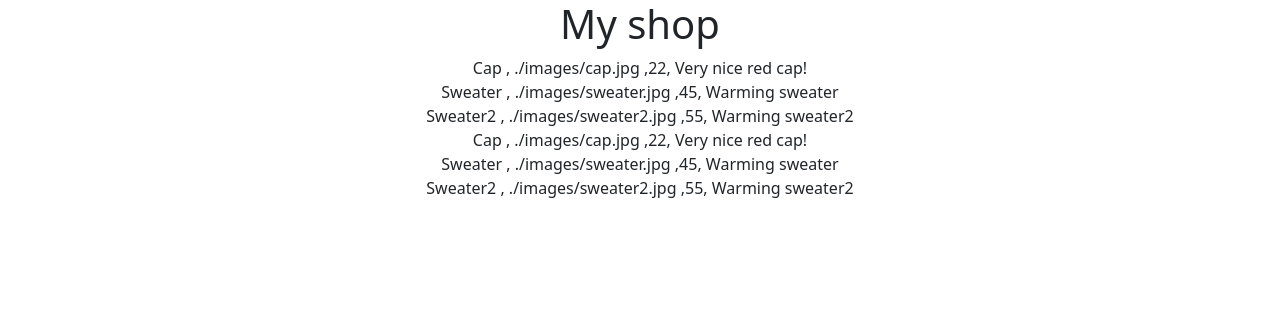
Repository: hana-task/react-task
Page: /
The author's editor kept a copy of each file at every save. The page is drawn from the files as they stood at one save, then again after the next save.
The browser window is 1280 px wide. The pictures show the whole page.
The project was rebuilt for these pictures with package versions that can differ from the ones it lists, and the page was loaded fresh each time.

Above is the page before, as saved 2021-11-02 11:49:56.

### src/App.js
import React from "react";
import './App.css';
import  Shop  from "./Shop";

function App() {
  return (
    <div className="App">
      <Shop />

    </div>
  );
}

export default App;

### src/Shop.js
import React from "react";
//import { ProductsJson } from "./Data";


class Shop extends React.Component {
    render() {
        const ProductsJson = {
            "products": [
                {
                    "name": "Cap",
                    "image": './images/cap.jpg',
                    "price": "22",
                    "description": "Very nice red cap!",
                },
                {
                    "name": "Sweater",
                    "image": './images/sweater.jpg',
                    "price": "45",
                    "description": "Warming sweater",
                },
                {
                    "name": "Sweater2",
                    "image": './images/sweater2.jpg',
                    "price": "55",
                    "description": "Warming sweater2",
                },
                {
                    "name": "Cap",
                    "image": './images/cap.jpg',
                    "price": "22",
                    "description": "Very nice red cap!",
                },
                {
                    "name": "Sweater",
                    "image": './images/sweater.jpg',
                    "price": "45",
                    "description": "Warming sweater",
                },
                {
                    "name": "Sweater2",
                    "image": './images/sweater2.jpg',
                    "price": "55",
                    "description": "Warming sweater2",
                },
            ]
        };
        var stringified = JSON.stringify(ProductsJson);
        const Products = JSON.parse(stringified);
        console.log(Products);
        return (
            <div className="my-shop">
                <h1>My shop</h1>
                <div className="container">

                    {Products.products.map((data, key) => {
                        return (
                            <div key={key}>
                                {data.name +
                                    " , " +
                                    data.image +
                                    " ," +
                                    data.price +
                                    ", " +
                                    data.description}
                            </div>
                        );
                    })}
</div>
            </div>
        );
    }
}
export default Shop;

Loaded but not shown: public/index.html (common file); src/index.js (common file); src/index.css (common file); src/reportWebVitals.js (common file); src/App.css (common file)

After the next save:
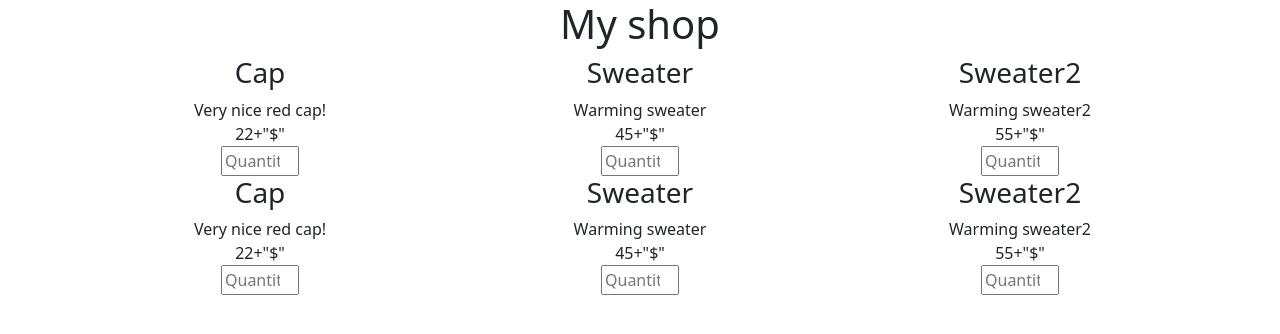
Saved 26 min 52 s later.
--- a/src/Shop.js
+++ b/src/Shop.js
@@ -51,20 +51,19 @@ class Shop extends React.Component {
             <div className="my-shop">
                 <h1>My shop</h1>
                 <div className="container">
-
+                   <div className="row">
                     {Products.products.map((data, key) => {
                         return (
-                            <div key={key}>
-                                {data.name +
-                                    " , " +
-                                    data.image +
-                                    " ," +
-                                    data.price +
-                                    ", " +
-                                    data.description}
+                            <div className="col-md-4 prod" key={key}>
+                                <image src={data.image} alt={data.name} />
+                                <h3>{data.name}</h3>
+                                <div className="desc">{data.description}</div>
+                                <div className="price">{data.price}+"$"</div>
+                                <input placeholder="Quantity" type="number" id="quantity" name="quantity" min="1" max="5" />
                             </div>
                         );
                     })}
+</div>
 </div>
             </div>
         );
